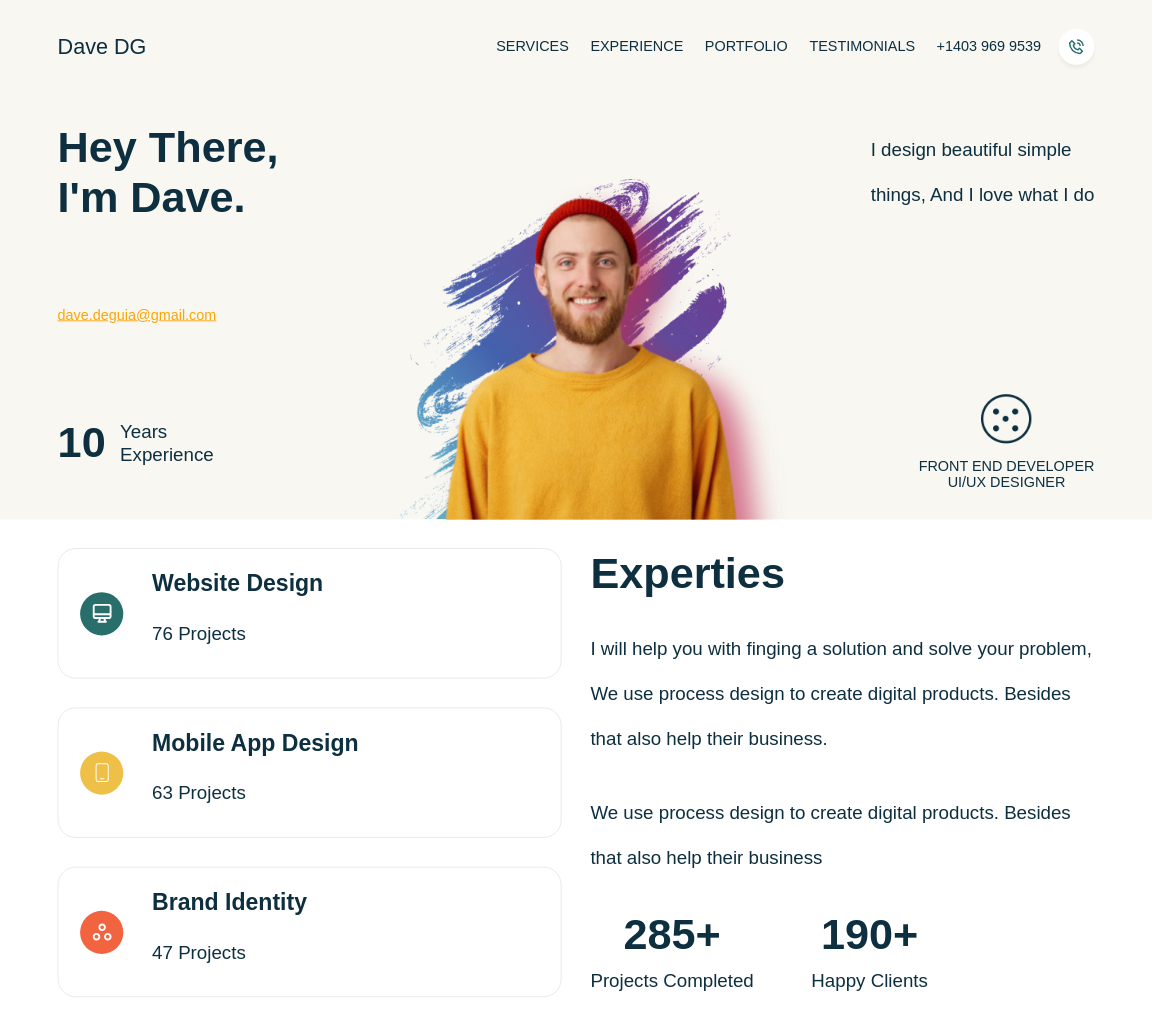
Repository: davedeguia/framer-motion-portfolio
Page: /
An editor plug-in stored every save of this project. The page is shown before and after the next save, followed by the edit.
The browser window is 1280 px wide. The pictures show the whole page, at 90% of full size.
Some web fonts or font styles are not loaded; a fallback is used. The project was rebuilt for these pictures with package versions that can differ from the ones it lists, and the page was loaded fresh each time. Also part of the build but not shown: vite.config.js.

Above is the page before, as saved 2023-02-10 16:48:16.

After the next save:
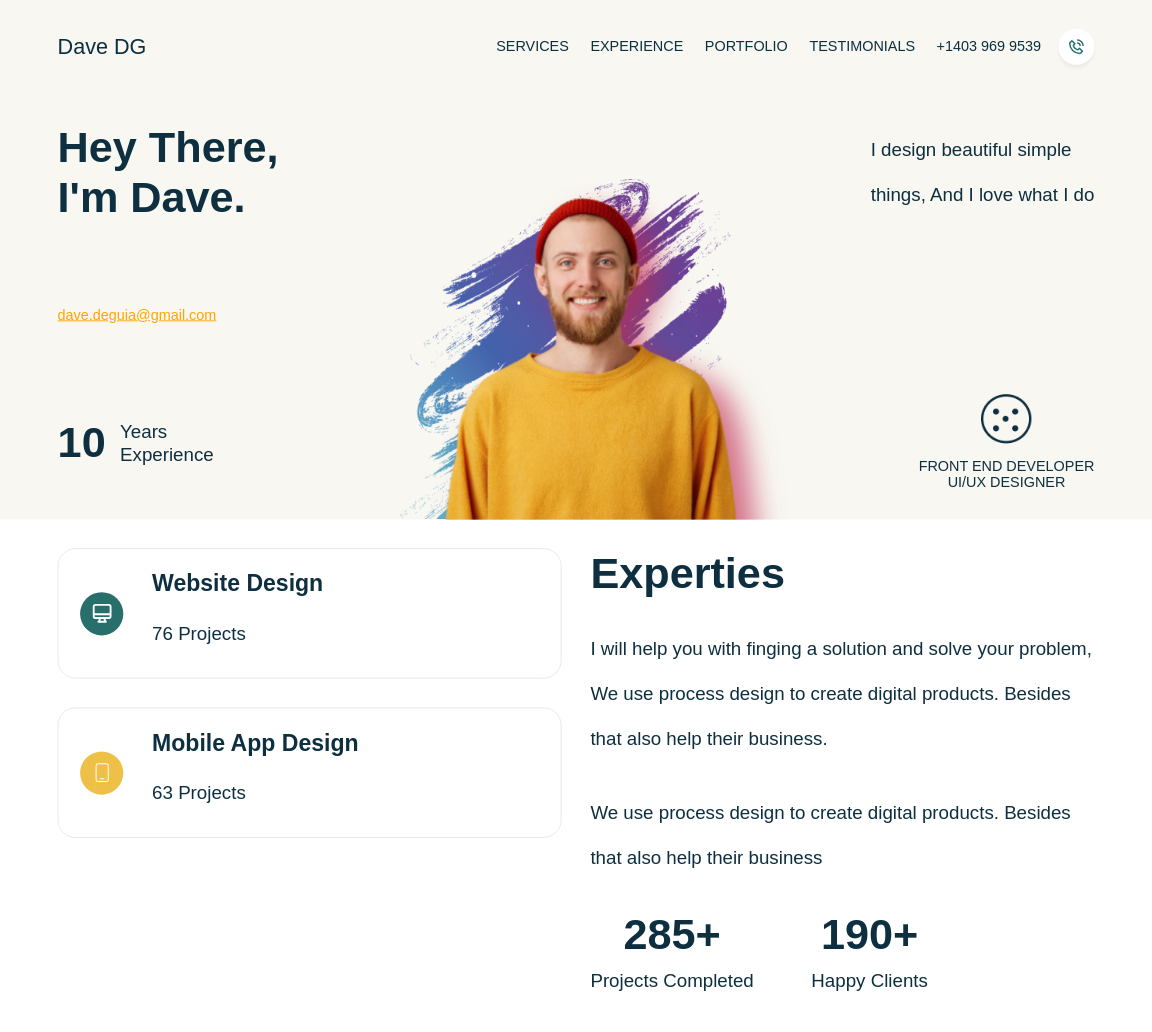
Saved 55 s later.
--- a/src/components/Experties/Experties.jsx
+++ b/src/components/Experties/Experties.jsx
@@ -19,7 +19,11 @@
         <div className={css.leftSide}>
           {projectExperience.map((exp, i) => {
             return (
-              <motion.div variants={fadeIn} className={css.exp} key={i}>
+              <motion.div
+                variants={fadeIn('right', 'tween', (i + 1) * 2, 1)}
+                className={css.exp}
+                key={i}
+              >
                 <div className='flexCenter' style={{ background: exp.bg }}>
                   <exp.icon size={25} color='white' />
                 </div>

After the save that followed:
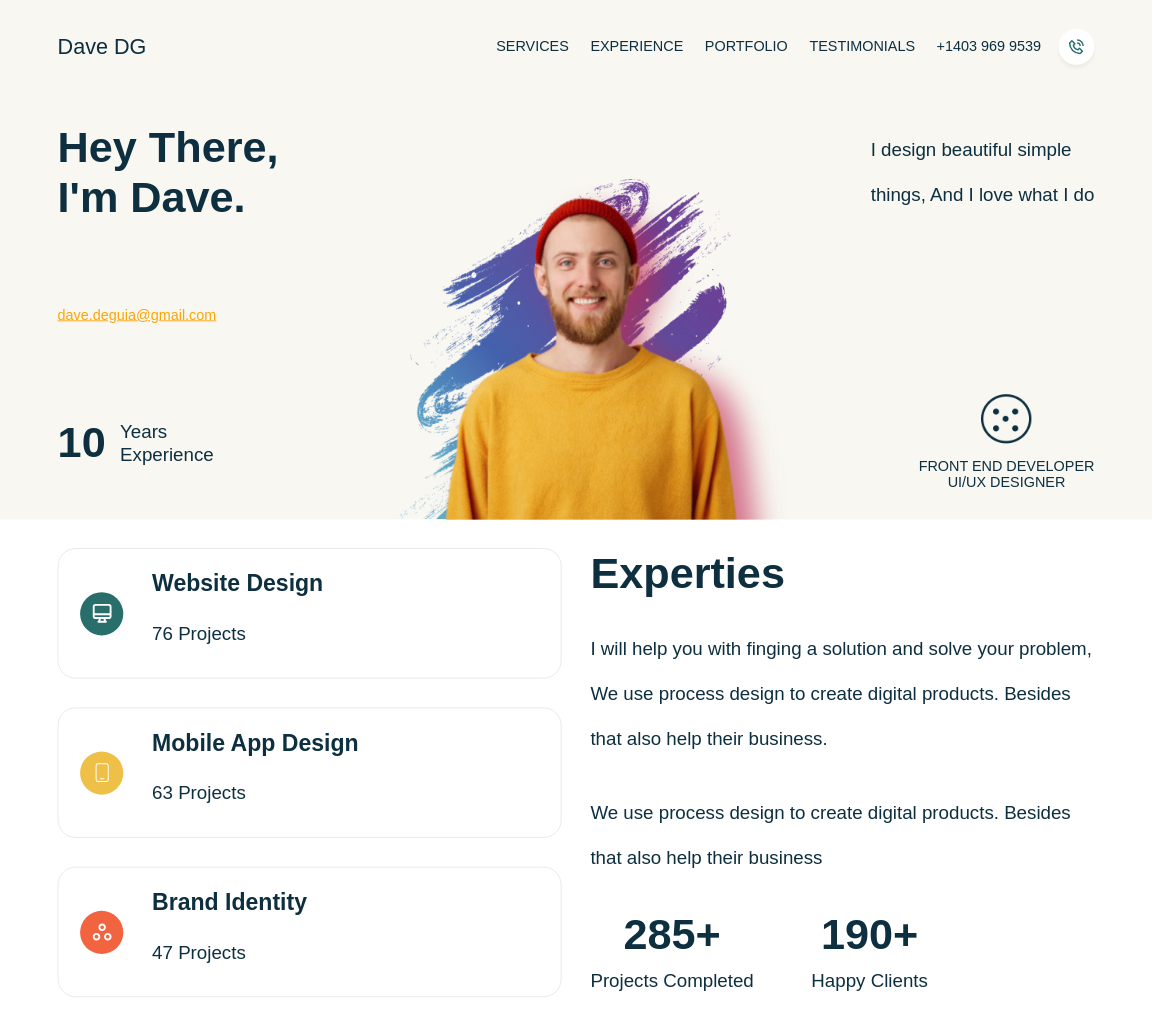
Saved 16 s later.
--- a/src/components/Experties/Experties.jsx
+++ b/src/components/Experties/Experties.jsx
@@ -20,7 +20,7 @@
           {projectExperience.map((exp, i) => {
             return (
               <motion.div
-                variants={fadeIn('right', 'tween', (i + 1) * 2, 1)}
+                variants={fadeIn('right', 'tween', (i + 1) * 0.2, 1)}
                 className={css.exp}
                 key={i}
               >
